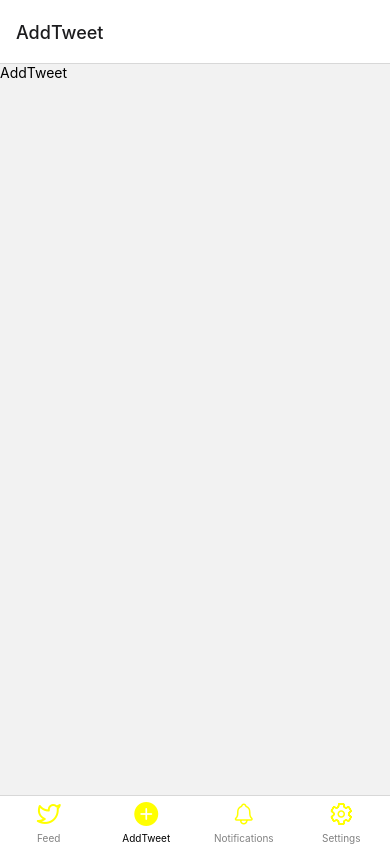
Repository: Deyvid-Kasteh/ReactNativeNavigationTraining
Screen: /AddTweet
An editor plug-in stored every save of this project. The screen is shown before and after the next save, followed by the edit.
The app was drawn by React Native's web renderer in a window 390 px wide. The project was rebuilt for these pictures with package versions that can differ from the ones it lists, and the page was loaded fresh each time. Also part of the build but not shown: screens/BottomTab/Notifications.js, screens/BottomTab/Settings.js.

Above is the screen before, as saved 2023-08-03 15:42:17.

### App.js
import "react-native-gesture-handler";
import { StatusBar } from "expo-status-bar";
import { StyleSheet, Text, View } from "react-native";
import NavigationMain from "./NavigationMain";

export default function App() {
  return (

      <NavigationMain />

  );
}

const styles = StyleSheet.create({
  container: {
    flex: 1,
    backgroundColor: "#fff",
    alignItems: "center",
    justifyContent: "center",
  },
});

### NavigationMain.js
import { NavigationContainer } from "@react-navigation/native";
import Feed from "./screens/BottomTab/Feed";
import { StyleSheet, Text, View } from "react-native";
import { createBottomTabNavigator } from "@react-navigation/bottom-tabs";
import Notifications from "./screens/BottomTab/Notifications";
import AddTweet from "./screens/BottomTab/AddTweet";
import Settings from "./screens/BottomTab/Settings";
import { Ionicons } from "@expo/vector-icons";
import { Feather } from "@expo/vector-icons";
import { AntDesign } from "@expo/vector-icons";

// Bottom Tab

const Tab = createBottomTabNavigator();
function TabGroup() {
  return (
    <Tab.Navigator
      screenOptions={() => ({
        tabBarActiveTintColor: "black",
        tabBarInactiveTintColor: "gray",
        tabBarShowLabel: true,
        tabBarIconStyle: { color: "yellow" },
      })}
    >
      <Tab.Screen
        name="Feed"
        component={Feed}
        options={{
          tabBarIcon: ({ focused }) => {
            if (focused) {
              return <Ionicons name="logo-twitter" size={24} />;
            }
            return <Feather name="twitter" size={24} />;
          },
        }}
      />

      <Tab.Screen
        name="AddTweet"
        component={AddTweet}
        options={{
          tabBarIcon: ({ focused }) => {
            if (focused) {
              return <AntDesign name="pluscircle" size={24} />;
            }
            return <AntDesign name="pluscircleo" size={24} />;
          },
        }}
      />
      <Tab.Screen
        name="Notifications"
        component={Notifications}
        options={{
          tabBarIcon: ({ focused }) => {
            if (focused) {
              return <Ionicons name="notifications-sharp" size={24} />;
            }
            return <Ionicons name="notifications-outline" size={24} />;
          },
        }}
      />
      <Tab.Screen
        name="Settings"
        component={Settings}
        options={{
          tabBarIcon: ({ focused }) => {
            if (focused) {
              return <Ionicons name="settings-sharp" size={24} />;
            }
            return <Ionicons name="settings-outline" size={24} />;
          },
        }}
      />
    </Tab.Navigator>
  );
}

export default function NavigationMain() {
  return (
    <NavigationContainer>
      <TabGroup />
    </NavigationContainer>
  );
}

### screens/BottomTab/Feed.js
import { SafeAreaView, StyleSheet, Text, View } from "react-native";

export default function Feed() {
    return (
      <View style={styles.container}>
        <Text>Feed</Text>
      </View>
    );
}

const styles = StyleSheet.create({
  container: {
    flex: 1,
    backgroundColor: "#0099ff",
  },
});

### screens/BottomTab/AddTweet.js
import { StyleSheet, Text, View } from "react-native";
import React from "react";

const AddTweet = () => {
  return (
    <View style={styles.container}>
      <Text>AddTweet</Text>
    </View>
  );
};

export default AddTweet;

const styles = StyleSheet.create({});

After the next save:
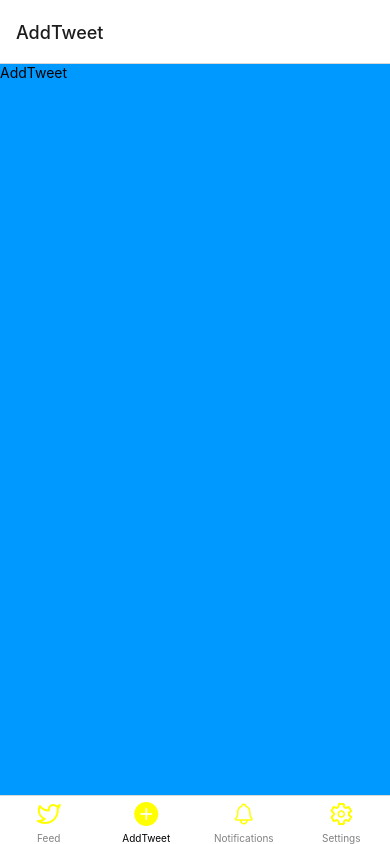
Saved 9 s later.
--- a/screens/BottomTab/AddTweet.js
+++ b/screens/BottomTab/AddTweet.js
@@ -11,4 +11,9 @@
 
 export default AddTweet;
 
-const styles = StyleSheet.create({});
+const styles = StyleSheet.create({
+  container: {
+    flex: 1,
+    backgroundColor: "#0099ff",
+  },
+});
